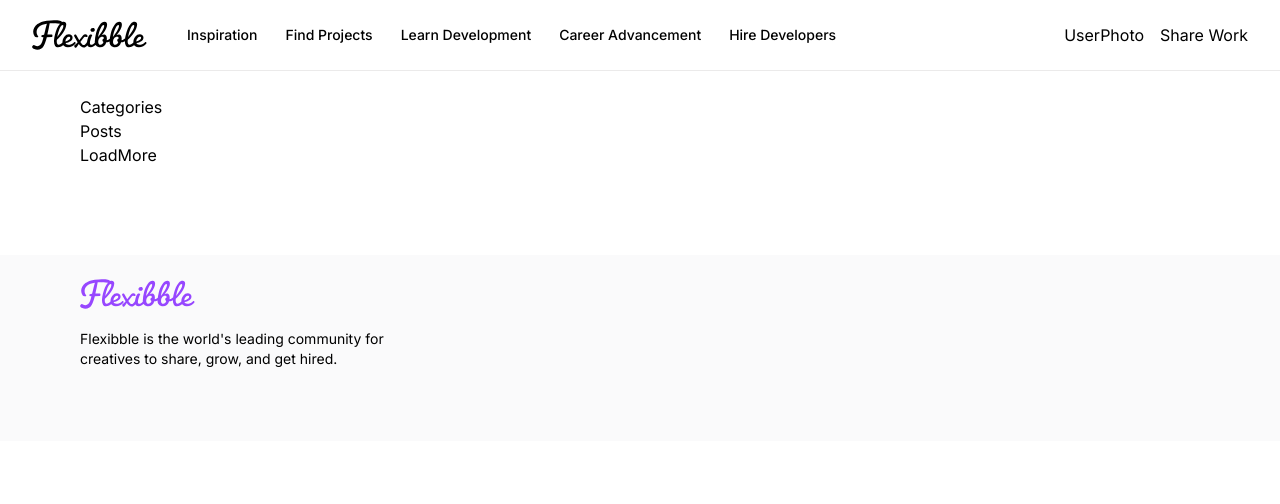
Repository: davedeguia/grafbase_flexibble
Page: /
The author's editor kept a copy of each file at every save. The page is drawn from the files as they stood at one save, then again after a run of saves.
The browser window is 1280 px wide. The pictures show the whole page.
The project was rebuilt for these pictures with package versions that can differ from the ones it lists, and the page was loaded fresh each time. The framework's server and built-in components were replaced by stand-ins that run in the browser. Also part of the build but not shown: next.config.js, app/components/AuthProviders.tsx.

Above is the page before, as saved 2023-07-16 07:22:17.

After the next 2 saves:
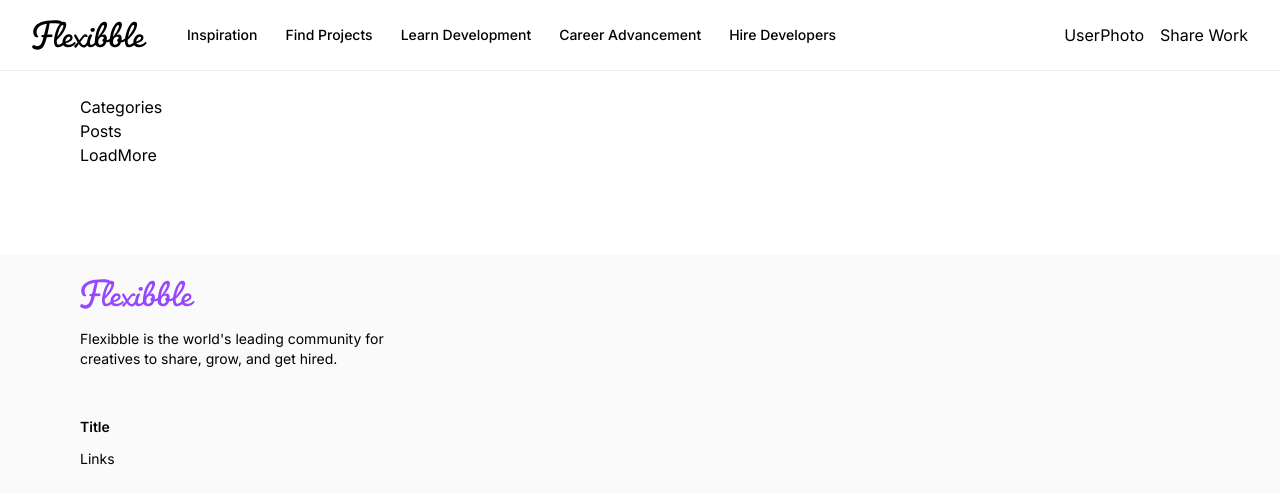
The 2 saves are shown as one change because they came seconds apart.
The last was saved 7 min 30 s later.
--- a/app/components/Footer.tsx
+++ b/app/components/Footer.tsx
@@ -2,12 +2,12 @@
 import React from 'react'
 import { footerLinks } from '../constants'
 
-const FooterColumn = () => {
-  ;<div className='footer_column'>
+const FooterColumn = () => (
+  <div className='footer_column'>
     <h4 className='font-semibold'>Title</h4>
     <ul className='flex flex-col gap-2 font-normal'>Links</ul>
   </div>
-}
+)
 
 const Footer = () => {
   return (
